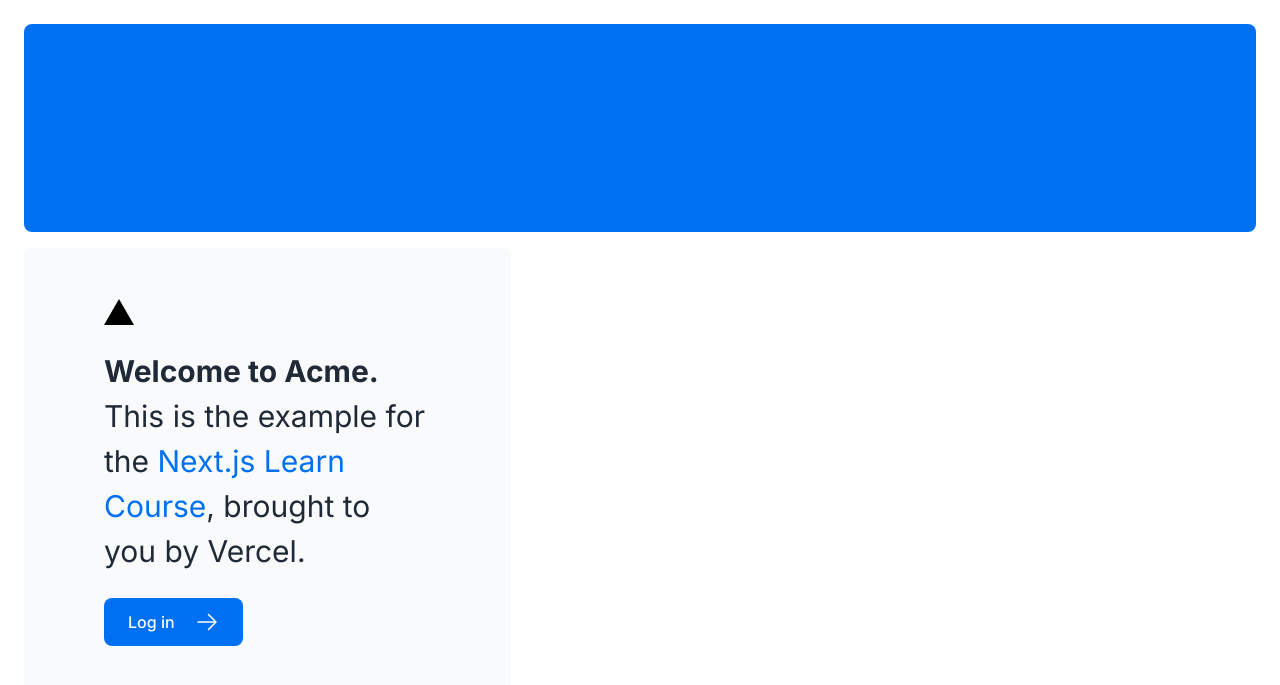
Repository: xhide341/nextjs-dashboard
Page: /
An editor plug-in stored every save of this project. The page is shown before and after a run of saves, followed by the edit.
The browser window is 1280 px wide. The pictures show the whole page.
Some web fonts or font styles are not loaded; a fallback is used. The project was rebuilt for these pictures with package versions that can differ from the ones it lists, and the page was loaded fresh each time. The framework's server and built-in components were replaced by stand-ins that run in the browser. Also part of the build but not shown: next.config.ts.

Above is the page before, as saved 2024-11-24 22:44:36.

### app/layout.tsx
import './ui/global.css';
import { inter } from '@/app/ui/fonts';

export default function RootLayout({
  children,
}: {
  children: React.ReactNode;
}) {
  return (
    <html lang="en">
      <body className={`${inter.className} antialiased`}>{children}</body>
    </html>
  );
}

### app/page.tsx
import AcmeLogo from '@/app/ui/acme-logo';
import { ArrowRightIcon } from '@heroicons/react/24/outline';
import Link from 'next/link';

export default function Page() {
  return (
    <main className="flex min-h-screen flex-col p-6">
      <div className="flex h-20 shrink-0 items-end rounded-lg bg-blue-500 p-4 md:h-52">
        {/* <AcmeLogo /> */}
      </div>
      <div className="mt-4 flex grow flex-col gap-4 md:flex-row">
        <div className="flex flex-col justify-center gap-6 rounded-lg bg-gray-50 px-6 py-10 md:w-2/5 md:px-20">
        <div
          className="relative w-0 h-0 border-l-[15px] border-r-[15px] border-b-[26px] border-l-transparent border-r-transparent border-b-black"
          />
          <p className={`text-xl text-gray-800 md:text-3xl md:leading-normal`}>
            <strong>Welcome to Acme.</strong> This is the example for the{' '}
            <a href="https://nextjs.org/learn/" className="text-blue-500">
              Next.js Learn Course
            </a>
            , brought to you by Vercel.
          </p>
          <Link
            href="/login"
            className="flex items-center gap-5 self-start rounded-lg bg-blue-500 px-6 py-3 text-sm font-medium text-white transition-colors hover:bg-blue-400 md:text-base"
          >
            <span>Log in</span> <ArrowRightIcon className="w-5 md:w-6" />
          </Link>
        </div>
        <div className="flex items-center justify-center p-6 md:w-3/5 md:px-28 md:py-12">
          {/* Add Hero Images Here */}
        </div>
      </div>
    </main>
  );
}

### app/ui/fonts.ts
import { Inter } from 'next/font/google';
import { Lusitana } from 'next/font/google';
export const inter = Inter({ subsets: ['latin'] });
export const lusitana = Lusitana({
    weight: ['400', '700'],
    subsets: ['latin'],
});

Loaded but not shown: app/ui/global.css (common file); tailwind.config.ts (common file)

After the next 2 saves:
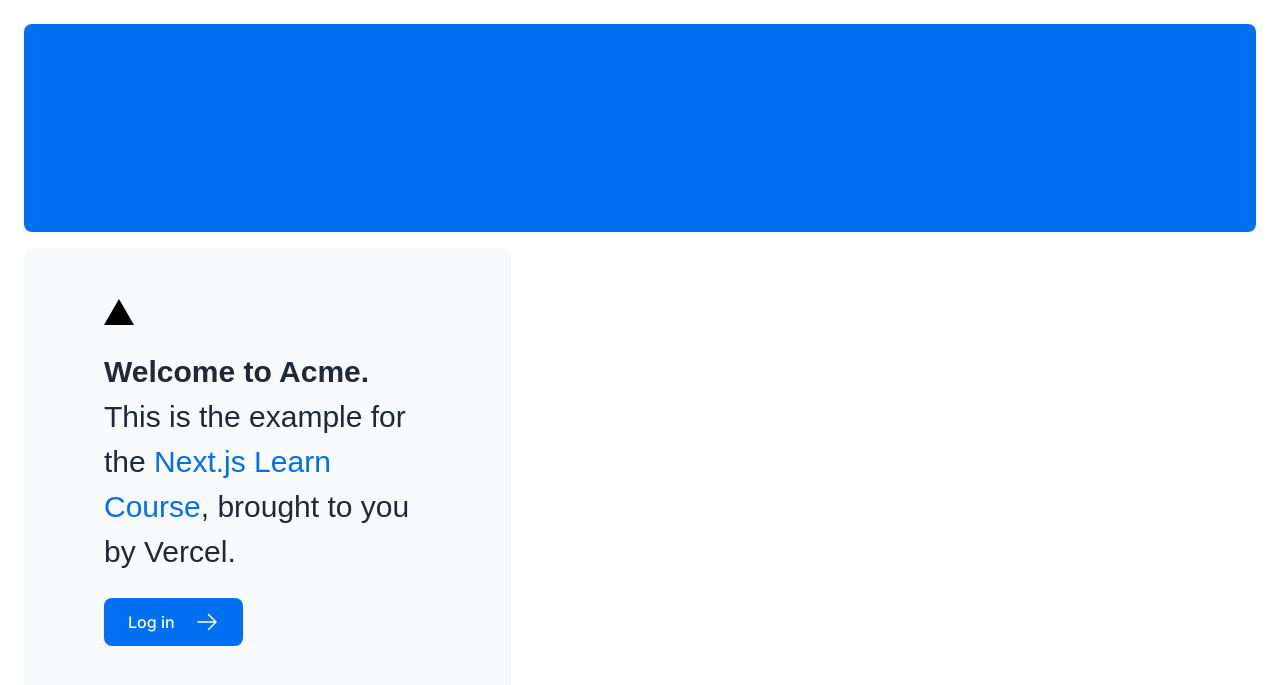
The 2 saves are shown as one change because 1 did not build or start.
The last was saved 63 s later.
--- a/app/page.tsx
+++ b/app/page.tsx
@@ -1,6 +1,7 @@
 import AcmeLogo from '@/app/ui/acme-logo';
 import { ArrowRightIcon } from '@heroicons/react/24/outline';
 import Link from 'next/link';
+import { lusitana } from '@/app/ui/fonts';
 
 export default function Page() {
   return (
@@ -13,7 +14,7 @@
         <div
           className="relative w-0 h-0 border-l-[15px] border-r-[15px] border-b-[26px] border-l-transparent border-r-transparent border-b-black"
           />
-          <p className={`text-xl text-gray-800 md:text-3xl md:leading-normal`}>
+          <p className={`${lusitana.className} text-xl text-gray-800 md:text-3xl md:leading-normal`}>
             <strong>Welcome to Acme.</strong> This is the example for the{' '}
             <a href="https://nextjs.org/learn/" className="text-blue-500">
               Next.js Learn Course
